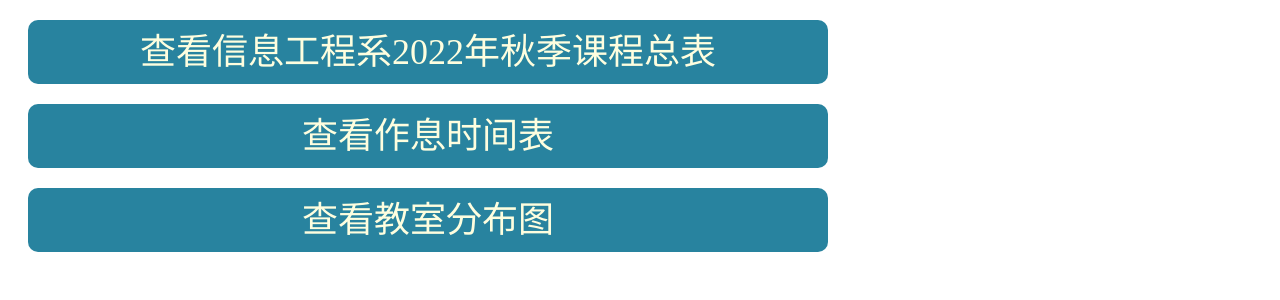
Repository: teacherlonglong/teacherlonglong.github.io
Page: index.html
The author's editor kept a copy of each file at every save. The page is drawn from the files as they stood at one save, then again after the next save.
The browser window is 1280 px wide. The pictures show the whole page.

Above is the page before, as saved 2022-09-13 17:45:40.

After the next save:
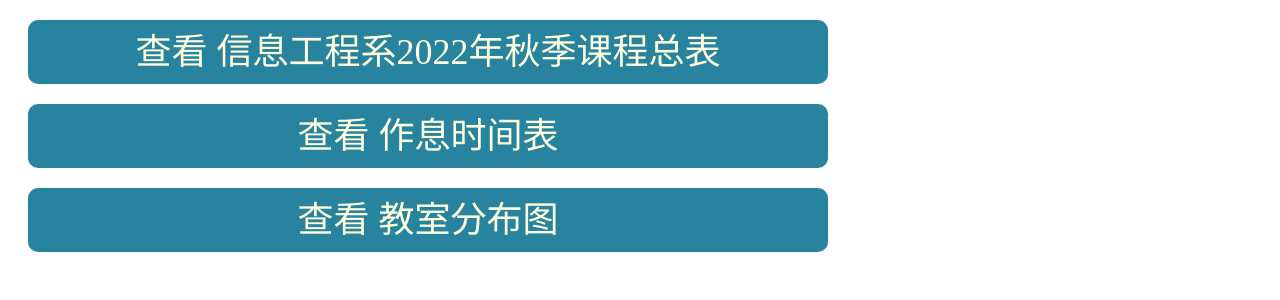
Saved 17 s later.
--- a/index.html
+++ b/index.html
@@ -20,9 +20,9 @@
 </head>
 
 <body>
-    <a class="mylink" href="./信息工程系2022年秋季课程总表.htm">查看信息工程系2022年秋季课程总表</a>
-    <a class="mylink" href="./作息时间表.htm">查看作息时间表</a>
-    <a class="mylink" href="./教室分布图.htm">查看教室分布图</a>
+    <a class="mylink" href="./信息工程系2022年秋季课程总表.htm">查看 信息工程系2022年秋季课程总表</a>
+    <a class="mylink" href="./作息时间表.htm">查看 作息时间表</a>
+    <a class="mylink" href="./教室分布图.htm">查看 教室分布图</a>
 </body>
 
 </html>
